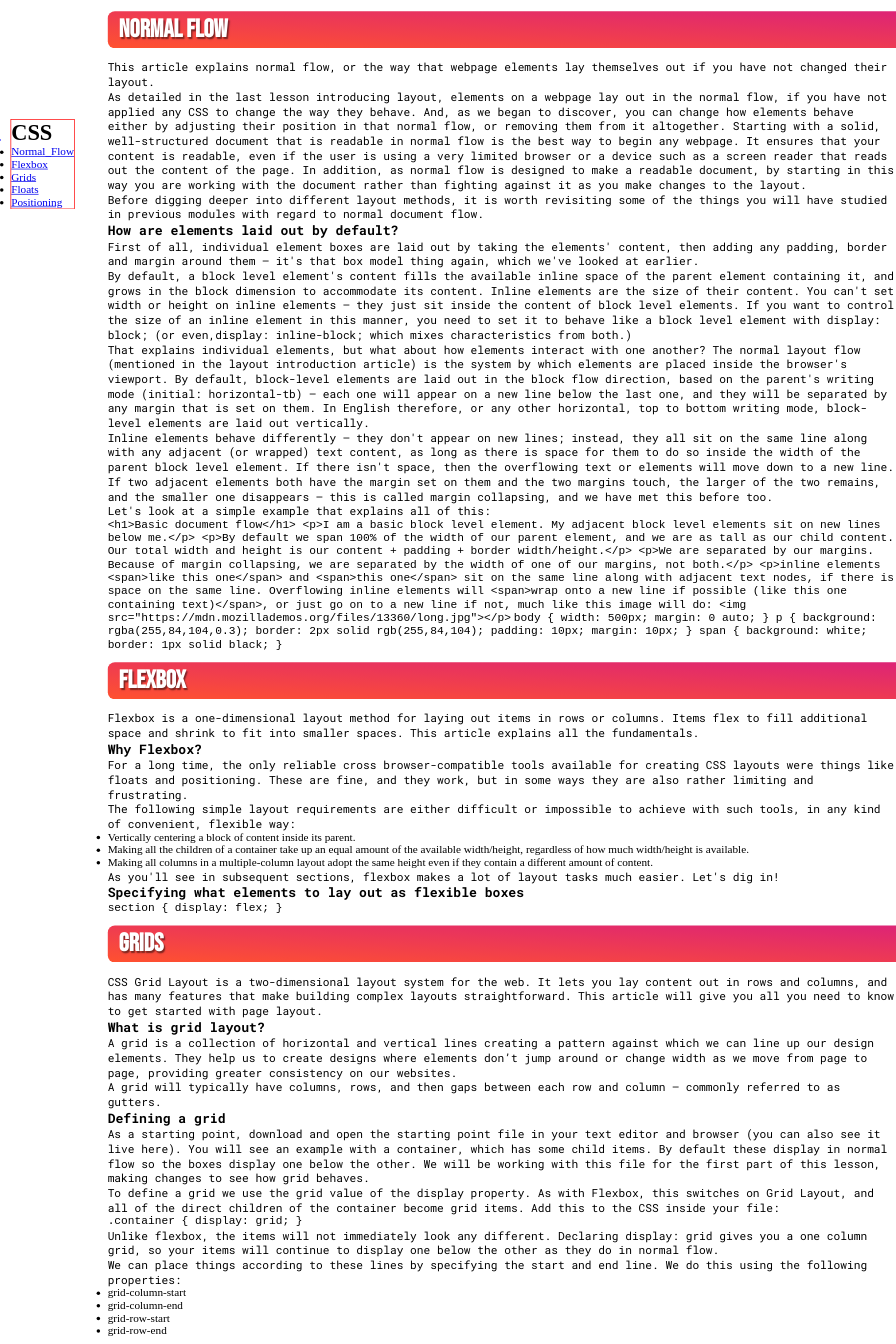
Repository: Colo-Codes/freecodecamp-04-Technical-Documentation-Page
Page: index.html
An editor plug-in stored every save of this project. The page is shown before and after the next save, followed by the edit.
The browser window is 1280 px wide. The pictures show the part of the page from y = 0 to 1920 px (the page is 3184 px tall before and 4096 px after), at 70% of full size.
Some web fonts or font styles are not loaded; a fallback is used.

Above is the page before, as saved 2021-05-21 12:43:47.

### index.html
<!DOCTYPE html>
<html lang="en">

<head>
    <meta charset="UTF-8">
    <meta http-equiv="X-UA-Compatible" content="IE=edge">
    <meta name="viewport" content="width=device-width, initial-scale=1.0">
    <link rel="stylesheet" href="./resources/css/index.css" type="text/css">
    <link rel="preconnect" href="https://fonts.gstatic.com">
<link href="https://fonts.googleapis.com/css2?family=Bebas+Neue&family=Pattaya&family=Roboto+Mono:wght@100;400;700&display=swap" rel="stylesheet">

    <title>CSS Technical Documentation</title>
</head>

<body>
    <div id="flex-container">
        <div id="navbar-margin"></div>
        <header id="navbar-block">
            <nav id="navbar">
                <!-- On the left of screen, fixed (visible) -->
                <header>
                    <h1>CSS</h1>
                </header>
                <ul>
                    <li><a href="#Normal_Flow" class="nav-link">Normal_Flow</a></li>
                    <li><a href="#Flexbox" class="nav-link">Flexbox</a></li>
                    <li><a href="#Grids" class="nav-link">Grids</a></li>
                    <li><a href="#Floats" class="nav-link">Floats</a></li>
                    <li><a href="#Positioning" class="nav-link">Positioning</a></li>
                </ul>
            </nav>
        </header>
        <main id="main-doc">
            <section class="main-section" id="Normal_Flow">
                <header class="section-header">
                    <h2>Normal Flow</h2>
                </header>
                <p>This article explains normal flow, or the way that webpage elements lay themselves out if you have
                    not
                    changed their
                    layout.</p>
                <p>As detailed in the last lesson introducing layout, elements on a webpage lay out in the normal flow,
                    if
                    you have not
                    applied any CSS to change the way they behave. And, as we began to discover, you can change how
                    elements
                    behave
                    either by adjusting their position in that normal flow, or removing them from it altogether.
                    Starting
                    with a solid,
                    well-structured document that is readable in normal flow is the best way to begin any webpage. It
                    ensures that your
                    content is readable, even if the user is using a very limited browser or a device such as a screen
                    reader that reads
                    out the content of the page. In addition, as normal flow is designed to make a readable document, by
                    starting in
                    this way you are working with the document rather than fighting against it as you make changes to
                    the
                    layout.</p>
                <p>Before digging deeper into different layout methods, it is worth revisiting some of the things you
                    will
                    have studied
                    in previous modules with regard to normal document flow.</p>
                <h3>How are elements laid out by default?</h3>
                <p>First of all, individual element boxes are laid out by taking the elements' content, then adding any
                    padding, border
                    and margin around them — it's that box model thing again, which we've looked at earlier.
                </p>
                <p>By default, a block level element's content fills the available inline space of the parent element
                    containing it,
                    and grows in the block dimension to accommodate its content. Inline elements are the size of their
                    content. You
                    can't set width or height on inline elements — they just sit inside the content of block level
                    elements.
                    If you want
                    to control the size of an inline element in this manner, you need to set it to behave like a block
                    level
                    element
                    with display: block; (or even,display: inline-block; which mixes characteristics from both.)
                </p>
                <p>That explains individual elements, but what about how elements interact with one another? The normal
                    layout flow
                    (mentioned in the layout introduction article) is the system by which elements are placed inside the
                    browser's
                    viewport. By default, block-level elements are laid out in the block flow direction, based on the
                    parent's writing
                    mode (initial: horizontal-tb) — each one will appear on a new line below the last one, and they will
                    be
                    separated by
                    any margin that is set on them. In English therefore, or any other horizontal, top to bottom writing
                    mode,
                    block-level elements are laid out vertically.
                </p>
                <p>Inline elements behave differently — they don't appear on new lines; instead, they all sit on the
                    same
                    line along
                    with any adjacent (or wrapped) text content, as long as there is space for them to do so inside the
                    width of the
                    parent block level element. If there isn't space, then the overflowing text or elements will move
                    down
                    to a new
                    line.
                </p>
                <p>If two adjacent elements both have the margin set on them and the two margins touch, the larger of
                    the
                    two remains,
                    and the smaller one disappears — this is called margin collapsing, and we have met this before too.
                </p>
                <p>Let's look at a simple example that explains all of this:</p>
                <code>&lt;h1&gt;Basic document flow&lt;/h1&gt;

                &lt;p&gt;I am a basic block level element. My adjacent block level elements sit on new lines below me.&lt;/p&gt;

                &lt;p&gt;By default we span 100% of the width of our parent element, and we are as tall as our child content. Our total width and height is our content + padding + border width/height.&lt;/p&gt;

                &lt;p&gt;We are separated by our margins. Because of margin collapsing, we are separated by the width of one of our margins, not both.&lt;/p&gt;

                &lt;p&gt;inline elements &lt;span&gt;like this one&lt;/span&gt; and &lt;span&gt;this one&lt;/span&gt; sit on the same line along with adjacent text nodes, if there is space on the same line. Overflowing inline elements will &lt;span&gt;wrap onto a new line if possible (like this one containing text)&lt;/span&gt;, or just go on to a new line if not, much like this image will do: &lt;img src="https://mdn.mozillademos.org/files/13360/long.jpg"&gt;&lt;/p&gt;</code>
                <code>body {
                width: 500px;
                margin: 0 auto;
              }

              p {
                background: rgba(255,84,104,0.3);
                border: 2px solid rgb(255,84,104);
                padding: 10px;
                margin: 10px;
              }

              span {
                background: white;
                border: 1px solid black;
              }</code>


            </section>

            <section class="main-section" id="Flexbox">
                <header class="section-header">
                    <h2>Flexbox</h2>
                </header>
                <p>Flexbox is a one-dimensional layout method for laying out items in rows or columns. Items flex to
                    fill
                    additional space and shrink to fit into smaller spaces. This article explains all the fundamentals.
                </p>
                <h3>Why Flexbox?</h3>
                <p>For a long time, the only reliable cross browser-compatible tools available for creating CSS layouts
                    were
                    things like floats and positioning. These are fine, and they work, but in some ways they are also
                    rather
                    limiting and frustrating.</p>
                <p>The following simple layout requirements are either difficult or impossible to achieve with such
                    tools,
                    in any kind of convenient, flexible way:</p>
                <ul>
                    <li>Vertically centering a block of content inside its parent.</li>
                    <li>Making all the children of a container take up an equal amount of the available width/height,
                        regardless of how much width/height is available.</li>
                    <li>Making all columns in a multiple-column layout adopt the same height even if they contain a
                        different amount of content.</li>
                </ul>
                <p>As you'll see in subsequent sections, flexbox makes a lot of layout tasks much easier. Let's dig in!
                </p>
                <h3>Specifying what elements to lay out as flexible boxes</h3>
                <code>section {
                display: flex;
              }</code>


            </section>

            <section class="main-section" id="Grids">
                <header class="section-header">
                    <h2>Grids</h2>
                </header>
                <p>CSS Grid Layout is a two-dimensional layout system for the web. It lets you lay content out in rows
                    and
                    columns, and has many features that make building complex layouts straightforward. This article will
                    give you all you need to know to get started with page layout.</p>
                <h3>What is grid layout?</h3>
                <p>A grid is a collection of horizontal and vertical lines creating a pattern against which we can line
                    up
                    our design elements. They help us to create designs where elements don’t jump around or change width
                    as
                    we move from page to page, providing greater consistency on our websites.</p>
                <p>A grid will typically have columns, rows, and then gaps between each row and column — commonly
                    referred
                    to as gutters.</p>
                <h3>Defining a grid</h3>
                <p>As a starting point, download and open the starting point file in your text editor and browser (you
                    can
                    also see it live here). You will see an example with a container, which has some child items. By
                    default
                    these display in normal flow so the boxes display one below the other. We will be working with this
                    file
                    for the first part of this lesson, making changes to see how grid behaves.</p>
                <p>To define a grid we use the grid value of the display property. As with Flexbox, this switches on
                    Grid
                    Layout, and all of the direct children of the container become grid items. Add this to the CSS
                    inside
                    your file:</p>
                <code>.container {
                display: grid;
            }</code>
                <p>Unlike flexbox, the items will not immediately look any different. Declaring display: grid gives you
                    a
                    one column grid, so your items will continue to display one below the other as they do in normal
                    flow.
                </p>
                <p>We can place things according to these lines by specifying the start and end line. We do this using
                    the
                    following properties:</p>
                <ul>
                    <li>grid-column-start</li>
                    <li>grid-column-end</li>
                    <li>grid-row-start</li>
                    <li>grid-row-end</li>
                </ul>

            </section>

            <section class="main-section" id="Floats">
                <header class="section-header">
                    <h2>Floats</h2>
                </header>
                <p>Originally for floating images inside blocks of text, the float property became one of the most
                    commonly
                    used tools for creating multiple column layouts on webpages. With the advent of flexbox and grid it
                    has
                    now returned to its original purpose, as this article explains.</p>
                <h3>The background of floats</h3>
                <p>The float property was introduced to allow web developers to implement simple layouts involving an
                    image
                    floating inside a column of text, with the text wrapping around the left or right of it. The kind of
                    thing you might get in a newspaper layout.</p>
                <p>But web developers quickly realized that you can float anything, not just images, so the use of float
                    broadened, for example to fun layout effects such as drop-caps.</p>
                <p>Floats have commonly been used to create entire web site layouts featuring multiple columns of
                    information floated so they sit alongside one another (the default behavior would be for the columns
                    to
                    sit below one another, in the same order as they appear in the source). There are newer, better
                    layout
                    techniques available and so use of floats in this way should be regarded as a legacy technique.</p>
                <h3>A simple float example</h3>
                <p>Let's explore how to use floats. We'll start with a really simple example involving floating a block
                    of
                    text around an element. You can follow along by creating a new index.html file on your computer,
                    filling
                    it with a simple HTML template, and inserting the below code into it at the appropriate places. At
                    the
                    bottom of the section, you can see a live example of what the final code should look like.</p>
                <p>First, we'll start off with some simple HTML — add the following to your HTML body, removing anything
                    that was inside there before:</p>
                <code>&lt;h1&gt;Simple float example&lt;/h1&gt;

                &lt;div class="box"&gt;Float&lt;/div&gt;

                &lt;p&gt;Lorem ipsum dolor sit amet, consectetur adipiscing elit. Nulla luctus aliquam dolor, eu lacinia lorem placerat vulputate. Duis felis orci, pulvinar id metus ut, rutrum luctus orci. Cras porttitor imperdiet nunc, at ultricies tellus laoreet sit amet. &lt;/p&gt;

                &lt;p&gt;Sed auctor cursus massa at porta. Integer ligula ipsum, tristique sit amet orci vel, viverra egestas ligula. Curabitur vehicula tellus neque, ac ornare ex malesuada et. In vitae convallis lacus. Aliquam erat volutpat. Suspendisse ac imperdiet turpis. Aenean finibus sollicitudin eros pharetra congue. Duis ornare egestas augue ut luctus. Proin blandit quam nec lacus varius commodo et a urna. Ut id ornare felis, eget fermentum sapien.&lt;/p&gt;

                &lt;p&gt;Nam vulputate diam nec tempor bibendum. Donec luctus augue eget malesuada ultrices. Phasellus turpis est, posuere sit amet dapibus ut, facilisis sed est. Nam id risus quis ante semper consectetur eget aliquam lorem. Vivamus tristique elit dolor, sed pretium metus suscipit vel. Mauris ultricies lectus sed lobortis finibus. Vivamus eu urna eget velit cursus viverra quis vestibulum sem. Aliquam tincidunt eget purus in interdum. Cum sociis natoque penatibus et magnis dis parturient montes, nascetur ridiculus mus.&lt;/p&gt;
            </code>
                <p>Now apply the following CSS to your HTML (using a &lt;style&gt; element or a
                    <link> to a separate .css file — your choice):
                </p>
                <code>
                body {
                    width: 90%;
                    max-width: 900px;
                    margin: 0 auto;
                    font: .9em/1.2 Arial, Helvetica, sans-serif
                  }

                  .box {
                    width: 150px;
                    height: 100px;
                    border-radius: 5px;
                    background-color: rgb(207,232,220);
                    padding: 1em;
                  }
                </code>

            </section>

            <section class="main-section" id="Positioning">
                <header class="section-header">
                    <h2>Positioning</h2>
                </header>
                <p>Positioning allows you to take elements out of the normal document layout flow, and make them behave
                    differently; for example sitting on top of one another, or always remaining in the same place inside
                    the
                    browser viewport. This article explains the different position values, and how to use them.</p>
                <ul>
                    <li>Default value: static</li>
                    <li>Inherited: no</li>
                    <li>Animatable: no. Read about animatable</li>
                    <li>Version: CSS2</li>
                    <li>JavaScript syntax: object.style.position="absolute"</li>
                </ul>
                <h3>Introducing positioning</h3>
                <p>The whole idea of positioning is to allow us to override the basic document flow behavior described
                    above, to produce interesting effects. What if you want to slightly alter the position of some boxes
                    inside a layout from their default layout flow position, to give a slightly quirky, distressed feel?
                    Positioning is your tool. Or if you want to create a UI element that floats over the top of other
                    parts
                    of the page, and/or always sits in the same place inside the browser window no matter how much the
                    page
                    is scrolled? Positioning makes such layout work possible.</p>
                <h3>Static positioning</h3>
                <p>Static positioning is the default that every element gets — it just means "put the element into its
                    normal position in the document layout flow — nothing special to see here."</p>
            </section>
        </main>
    </div>
    <footer>
        <p>All content was gathered from <a href="https://developer.mozilla.org/en-US/docs/Learn/CSS/CSS_layout"
                target="_blank">MDN</a></p>
        By Damian Demasi &copy;
    </footer>
</body>

</html>

### resources/css/index.css
/* TODO - My Technical Documentation page should use at least one media query. */

/* Reset */
html {
    box-sizing: border-box;
    font-size: 16px;
}

*, *:before, *:after {
    box-sizing: inherit;
    margin: 0;
    padding: 0;
}

/* Main flexbox */

#flex-container {
    position: relative;
    display: flex;
    /* flex-flow: wrap; */
    /* align-items: flex-start; */
    align-items: baseline;
}
main {
    align-self: flex-start;
}

/* Navbar */

#navbar-margin {
    margin-top: 200px;
    outline: 1px solid blue;
}
#navbar-block {
    position: sticky;
    top: 20px;
    outline: 1px solid red;
    margin: 0 3rem 0 1rem;
}

#navbar h1 {
    font-family: 'Pattaya', 'Times New Roman', Times, serif;
    font-size: 2rem;
}
/* Main content */
.section-header {
    position: sticky;
    top: -1px;

    color: white;
    text-shadow: 2px 2px 2px rgba(0, 0, 0, .5);
    margin: 1rem 0;
    padding: 5px 0 5px 1rem;
    background: #FF512F;  /* fallback for old browsers */
    background: -webkit-linear-gradient(to bottom left, #DD2476, #FF512F);  /* Chrome 10-25, Safari 5.1-6 */
    background: linear-gradient(to bottom left, #DD2476, #FF512F); /* W3C, IE 10+/ Edge, Firefox 16+, Chrome 26+, Opera 12+, Safari 7+ */
    font-family: 'Bebas Neue', sans-serif;
    text-transform: uppercase;
    font-size: 1.5rem;
    border-radius: 10px 0 0 10px;
}

p, h3 {
    font-family: 'Roboto Mono', Arial, Helvetica, sans-serif;
}

After the next save:
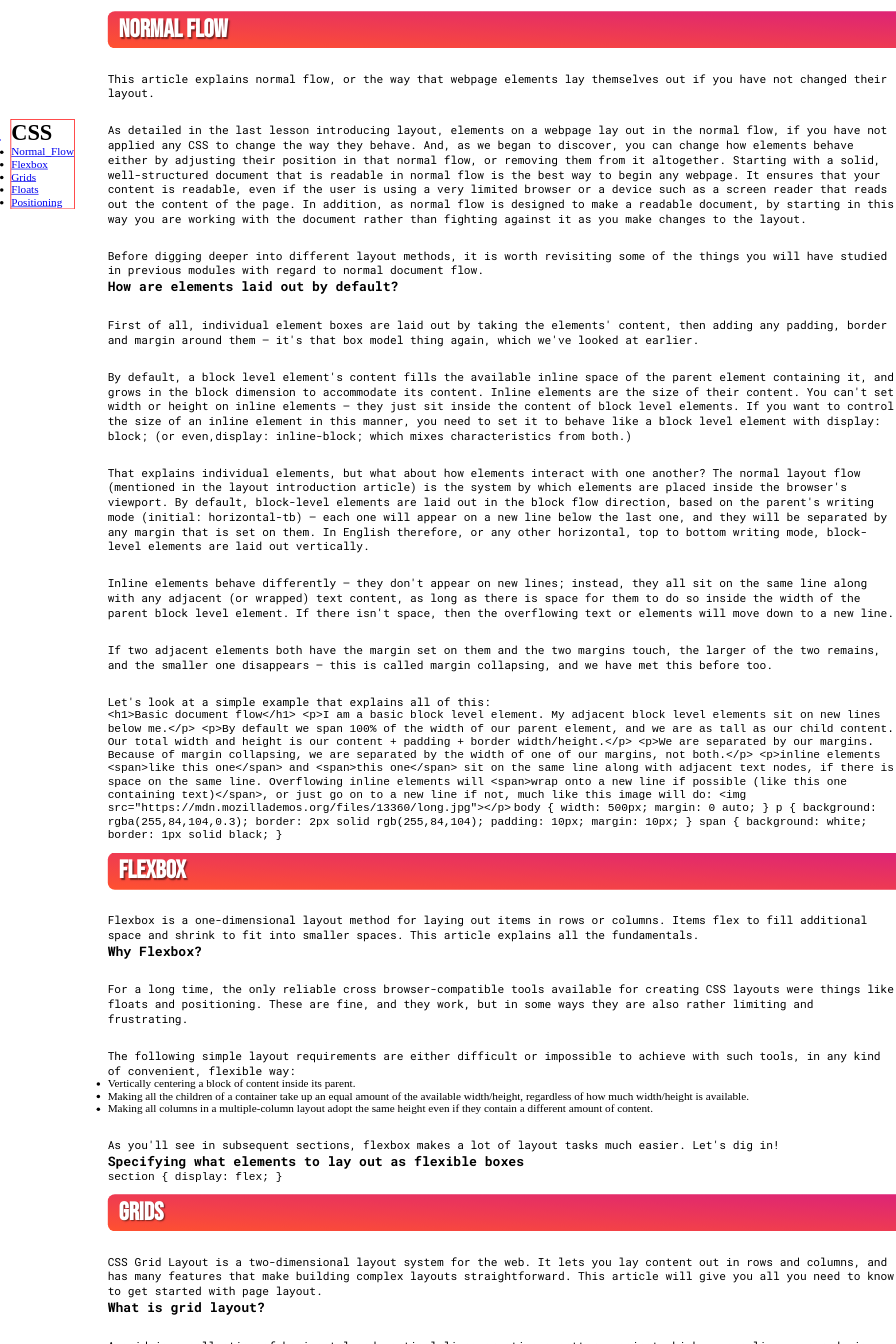
Saved 34 s later.
--- a/resources/css/index.css
+++ b/resources/css/index.css
@@ -63,3 +63,6 @@ main {
 p, h3 {
     font-family: 'Roboto Mono', Arial, Helvetica, sans-serif;
 }
+p {
+    margin-top: 2rem;
+}
